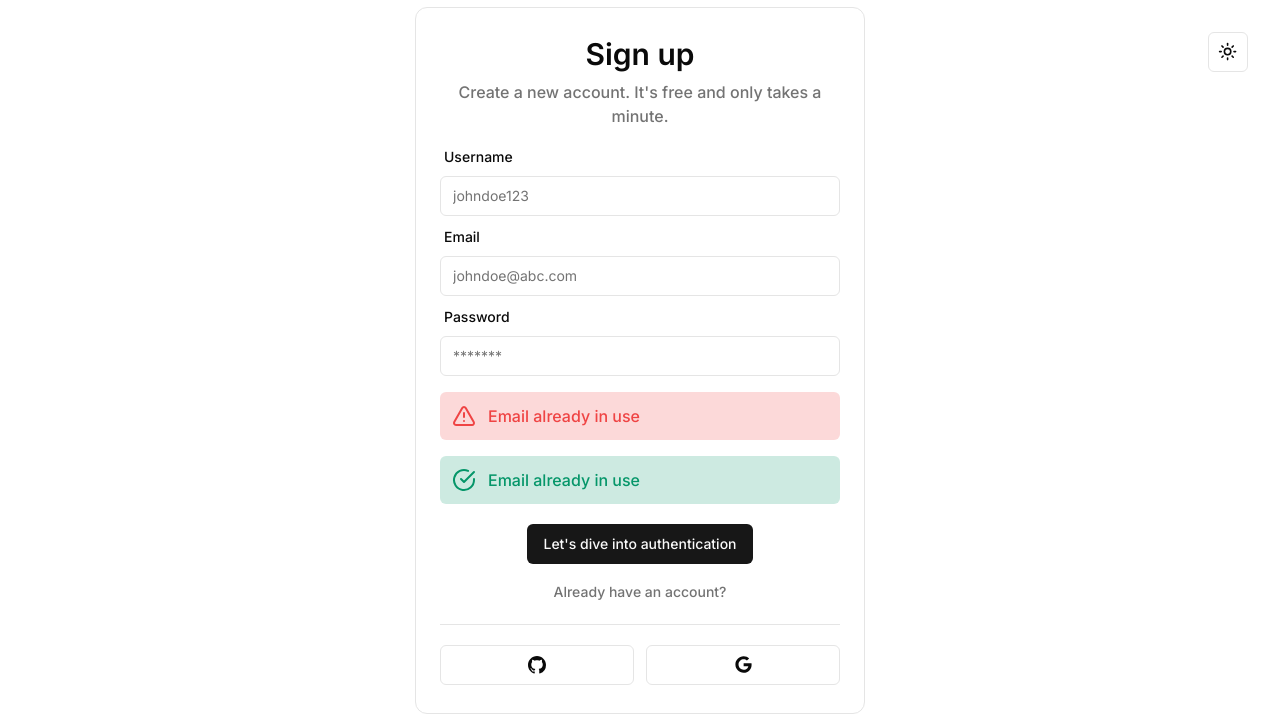
Repository: nickgoel31/authentication-toolkit
Page: /sign-up
An editor plug-in stored every save of this project. The page is shown before and after the next save, followed by the edit.
The browser window is 1280 px wide. The pictures show the whole page.
The project was rebuilt for these pictures with package versions that can differ from the ones it lists, and the page was loaded fresh each time. The framework's server and built-in components were replaced by stand-ins that run in the browser. Also part of the build but not shown: next.config.mjs.

Above is the page before, as saved 2024-02-04 18:12:03.

After the next save:
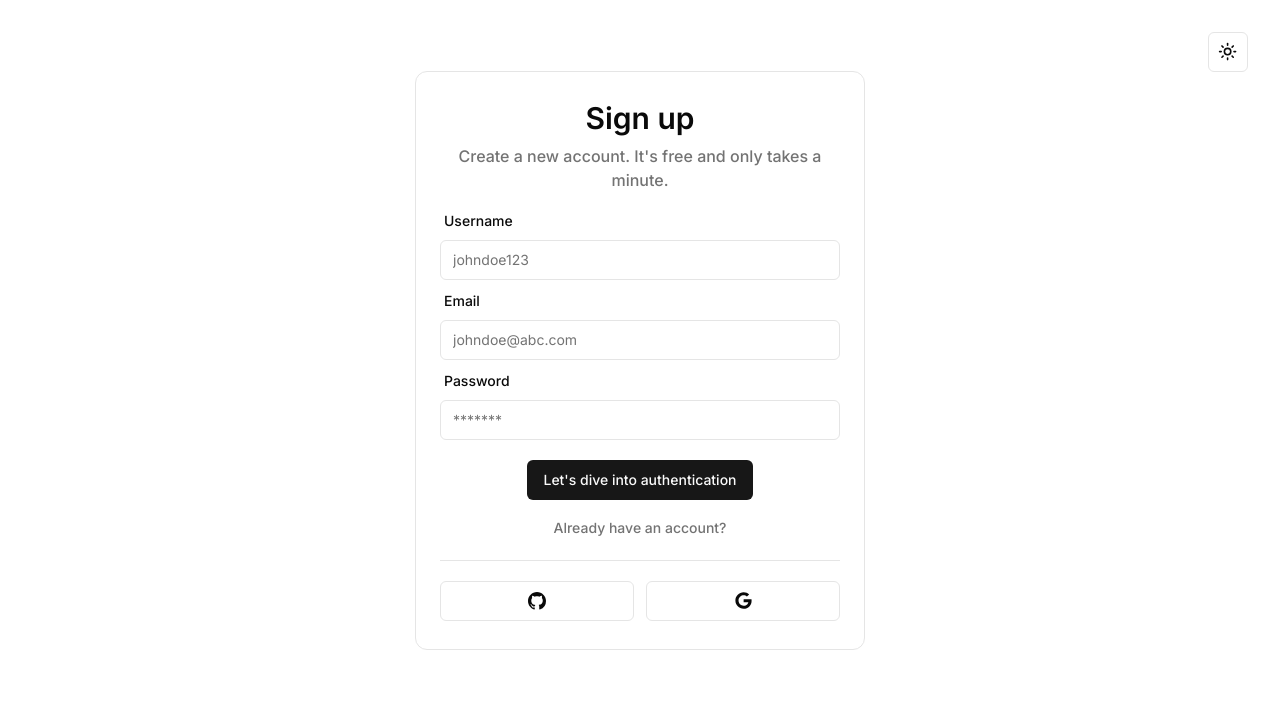
Saved 8 s later.
--- a/components/auth/sign-up-form.tsx
+++ b/components/auth/sign-up-form.tsx
@@ -93,8 +93,8 @@ const SignUpForm = () => {
                 )}
             />
 
-            <ErrorMessage message='Email already in use'/>
-            <SuccessMessage message='Email already in use'/>
+            <ErrorMessage message=''/>
+            <SuccessMessage message=''/>
 
             <div className='w-full items-center justify-center flex mt-5'>
                 <Button type='submit' className=''>Let's dive into authentication</Button>
